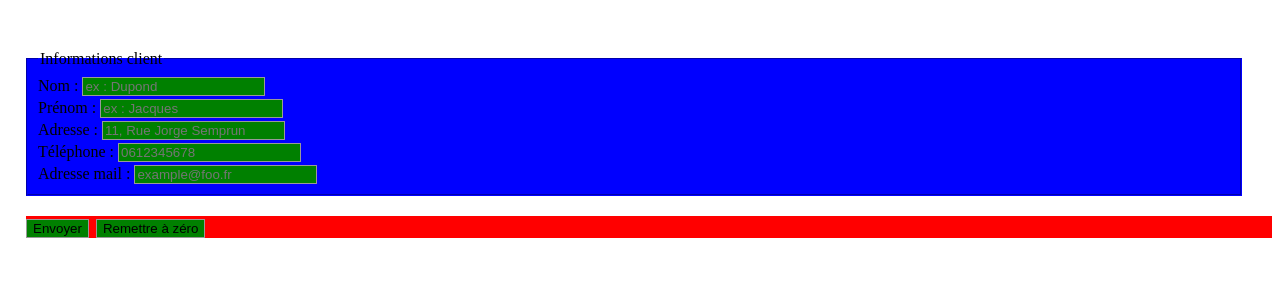
Repository: big73/NFE114
Page: http://localhost/Seance4-step1/
The author's editor kept a copy of each file at every save. The page is drawn from the files as they stood at one save, then again after the next save.
The browser window is 1280 px wide. The pictures show the whole page.
The page is served by Tomcat 9. Other server files are loaded and not shown.

Above is the page before, as saved 2015-12-30 14:35:38.

### Seance4-step1/WebContent/formClient.jsp
<%@ page language="java" contentType="text/html; charset=UTF-8"
    pageEncoding="UTF-8"%>
<!DOCTYPE html PUBLIC "-//W3C//DTD HTML 4.01 Transitional//EN" "http://www.w3.org/TR/html4/loose.dtd">
<html>
<head>
<meta http-equiv="Content-Type" content="text/html; charset=UTF-8">
<title>Insert title here</title>
<link rel="stylesheet" href="css/style.css">
</head>
<body>

	<form>
		<fieldset>
		<legend>Informations client</legend>

			<label>Nom : </label>
			<input class="saisie" type="text" placeholder="ex : Dupond" name="nom"><br>

			<label>Prénom : </label>
			<input class="saisie" type="text" placeholder="ex : Jacques" name="prenom"><br>

			<label>Adresse : </label>
			<input type="text" placeholder="11, Rue Jorge Semprun" name="adresse"><br>

			<label>Téléphone : </label>
			<input type="text" placeholder="0612345678" name="phone"><br>

			<label>Adresse mail : </label>
			<input type="text" placeholder="example@foo.fr" name="mail"><br>
		</fieldset>

		<div class="actionneur">
			<input type="submit" value="Envoyer">
			<input type="reset" value="Remettre à zéro">
		</div>
	</form>

</body>
</html>

### Seance4-step1/WebContent/WEB-INF/taglibs.jsp
<%@ page language="java" contentType="text/html; charset=UTF-8" pageEncoding="UTF-8"%>
<%@ taglib uri="http://java.sun.com/jsp/jstl/core" prefix="c" %>
<%@ taglib uri="http://java.sun.com/jsp/jstl/functions" prefix="fn" %>
<!DOCTYPE html PUBLIC "-//W3C//DTD HTML 4.01 Transitional//EN" "http://www.w3.org/TR/html4/loose.dtd">
<html>
<head>
<meta http-equiv="Content-Type" content="text/html; charset=UTF-8">
<title>Taglibs Repo</title>
</head>
<body>

</body>
</html>

### Seance4-step1/WebContent/css/style.css
.actionneur
{
	margin-left : 18px;
	background-color: red;
}

fieldset {
    border-color: blue;
    margin-top : 50px;
    margin-left : 18px;
    margin-right : 30px;
    margin-bottom : 20px;

    padding-left : 10px;
    background-color: blue;
}

input
{
	margin: 3px 3px 0px 0px;
    border: 1px #999 solid;
    background-color: green;
}

After the next save:
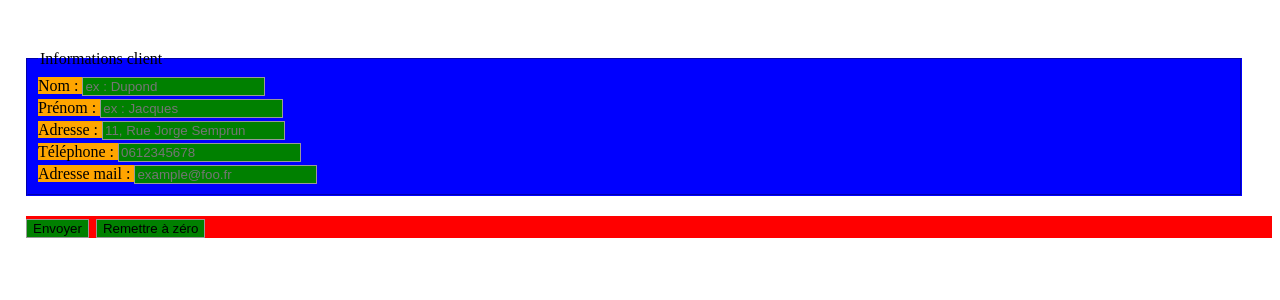
Saved 26 s later.
--- a/Seance4-step1/WebContent/css/style.css
+++ b/Seance4-step1/WebContent/css/style.css
@@ -21,3 +21,8 @@ input
     border: 1px #999 solid;
     background-color: green;
 }
+
+label
+{
+	background-color: orange;
+}
